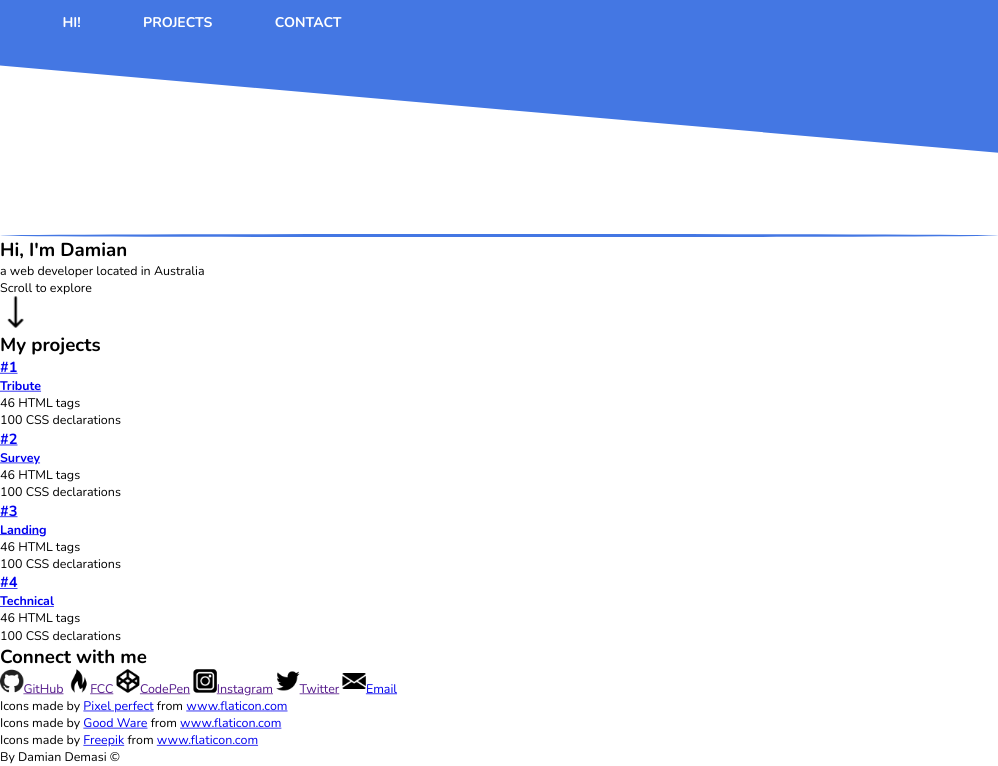
Repository: Colo-Codes/freecodecamp-05-Personal-Portfolio-Webpage
Page: index.html
The author's editor kept a copy of each file at every save. The page is drawn from the files as they stood at one save, then again after the next save.
The browser window is 1280 px wide. The pictures show the whole page, at 78% of full size.

Above is the page before, as saved 2021-06-03 11:49:35.

### index.html
<!DOCTYPE html>
<html lang="en">
<head>
    <meta charset="UTF-8">
    <meta http-equiv="X-UA-Compatible" content="IE=edge">
    <meta name="viewport" content="width=device-width, initial-scale=1.0">
    <link rel="preconnect" href="https://fonts.gstatic.com">
    <link href="https://fonts.googleapis.com/css2?family=Nunito:wght@300;400;700&display=swap" rel="stylesheet">
    <link rel="stylesheet" href="./css/index.css">
    <title>Personal Portfolio Webpage</title>
</head>
<body>
    <header>
        <navbar id="navbar">
            <ul id="navbar-flex-container">
                <li class="navbar-flex-item">Hi!</li>
                <li class="navbar-flex-item">Projects</li>
                <li class="navbar-flex-item">Contact</li>
            </ul>
        </navbar>
    </header>

    <section id="welcome-section">
        <div id="top-layer">
            <div id="hero-img" role="img" aria-label="Damian's profile picture: he has a hat, beard, and he is looking left while standing on a green field."></div>
            <h1>Hi, I'm Damian</h1>
            <p>a web developer located in Australia</p>
            <p>Scroll to explore</p>
            <img src="./img/down-arrow.png" alt="Arrow pointing down." height="40px">
        </div>
        <div id="bottom-layer"></div>
    </section>

    <section id="projects">
        <h2>My projects</h2>

        <div class="project-card">
            <div class="project-tile">
                <a href="#project1"><h3>#1</h3><h4>Tribute</h4></a>
            </div>
            <p>46 HTML tags</p>
            <p>100 CSS declarations</p>
        </div>

        <div class="project-card">
            <div class="project-tile">
                <a href="#project1"><h3>#2</h3><h4>Survey</h4></a>
            </div>
            <p>46 HTML tags</p>
            <p>100 CSS declarations</p>
        </div>

        <div class="project-card">
            <div class="project-tile">
                <a href="#project1"><h3>#3</h3><h4>Landing</h4></a>
            </div>
            <p>46 HTML tags</p>
            <p>100 CSS declarations</p>
        </div>

        <div class="project-card">
            <div class="project-tile">
                <a href="#project1"><h3>#4</h3><h4>Technical</h4></a>
            </div>
            <p>46 HTML tags</p>
            <p>100 CSS declarations</p>
        </div>

    </section>

    <section id="contact">
        <h2>Connect with me</h2>
        <a href="" id="profile-link" target="_blank"><img src="./img/github.png" width="30px">GitHub</a>
        <a href="" id="profile-link-fcc" target="_blank"><img src="./img/fire.png" width="30px">FCC</a>
        <a href="" id="profile-link-codepen" target="_blank"><img src="./img/3d-outlined-shape.png" width="30px">CodePen</a>
        <a href="" id="profile-link-instagram" target="_blank"><img src="./img/instagram.png" width="30px">Instagram</a>
        <a href="" id="profile-link-twitter" target="_blank"><img src="./img/twitter.png" width="30px">Twitter</a>
        <a href="mailto:damian.demasi.1@gmail.com" id="profile-link-email" target="_blank"><img src="./img/email.png" width="30px">Email</a>
    </section>

    <footer>
        <div>Icons made by <a href="https://www.flaticon.com/authors/pixel-perfect" title="Pixel perfect">Pixel perfect</a> from <a href="https://www.flaticon.com/" title="Flaticon">www.flaticon.com</a></div>
        <div>Icons made by <a href="https://www.flaticon.com/authors/good-ware" title="Good Ware">Good Ware</a> from <a href="https://www.flaticon.com/" title="Flaticon">www.flaticon.com</a></div>
        <div>Icons made by <a href="https://www.freepik.com" title="Freepik">Freepik</a> from <a href="https://www.flaticon.com/" title="Flaticon">www.flaticon.com</a></div>
        <p>By Damian Demasi &copy;</p>
    </footer>
</body>
</html>

### css/index.css
/* @media */

/* The height of the welcome section should be equal to the height of the viewport. */

/* The navbar should always be at the top of the viewport. */

/* Border-box and font-size */
html {
    box-sizing: border-box;
    font-size: 16px;
}
body {
    font-family: 'Nunito', sans-serif;
}

/* Reset margins and set global values */

*, *::before, *::after {
    box-sizing: inherit;
    margin: 0;
    padding: 0;
}

/* Navbar */

#navbar {
    display: block;
    background-color: #4477E3;
    /* 1rem = 16px -> 18.75rem = 300px */
    height: 18.75rem;
    width: 100%;
    transform: skewY(5deg) translateY(-10rem);
}
#navbar-flex-container {
    display: flex;
    /* align-items: center; */
    /* justify-content: space-around; */
    height: 100%;
    transform: skewY(-5deg) translateY(5rem);

}
.navbar-flex-item {
    list-style: none;
    margin: 6rem 0 0 5rem;
    font-style: normal;
    font-weight: bold;
    font-size: 1.125rem;
    text-transform: uppercase;
    color: white;
}

/* Hero */

#welcome-section {

}

#hero-img {
    display: block;
    border-radius: 50%;
    /* min-height: 16rem;
    min-width: 16rem;
    max-height: 33.125rem;
    max-width: 33.125rem; */
    width: 100%;
    height: 100%;
    border: 2px solid #4477E3;
    background: url(../img/6D5BF231-2A3E-4029-9EFE-9C82AF0D506F_1_105_c.jpeg);
    box-shadow: inset 0px 0px 25px 25px rgba(0, 0, 0, 0.5);
}

After the next save:
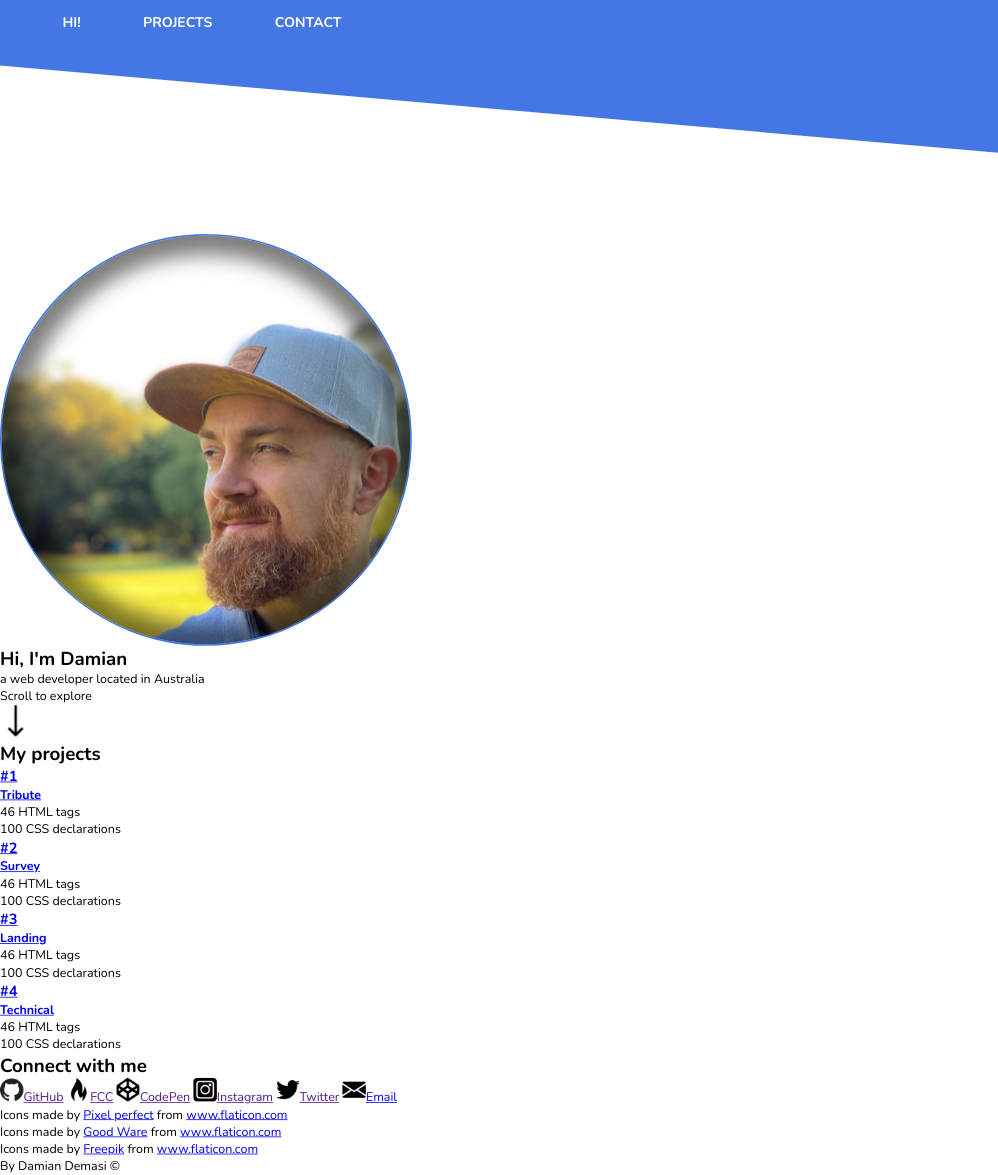
Saved 15 s later.
--- a/css/index.css
+++ b/css/index.css
@@ -56,14 +56,13 @@ body {
 }
 
 #hero-img {
-    display: block;
     border-radius: 50%;
     /* min-height: 16rem;
     min-width: 16rem;
     max-height: 33.125rem;
     max-width: 33.125rem; */
-    width: 100%;
-    height: 100%;
+    width: 33rem;
+    height: 33rem;
     border: 2px solid #4477E3;
     background: url(../img/6D5BF231-2A3E-4029-9EFE-9C82AF0D506F_1_105_c.jpeg);
     box-shadow: inset 0px 0px 25px 25px rgba(0, 0, 0, 0.5);
